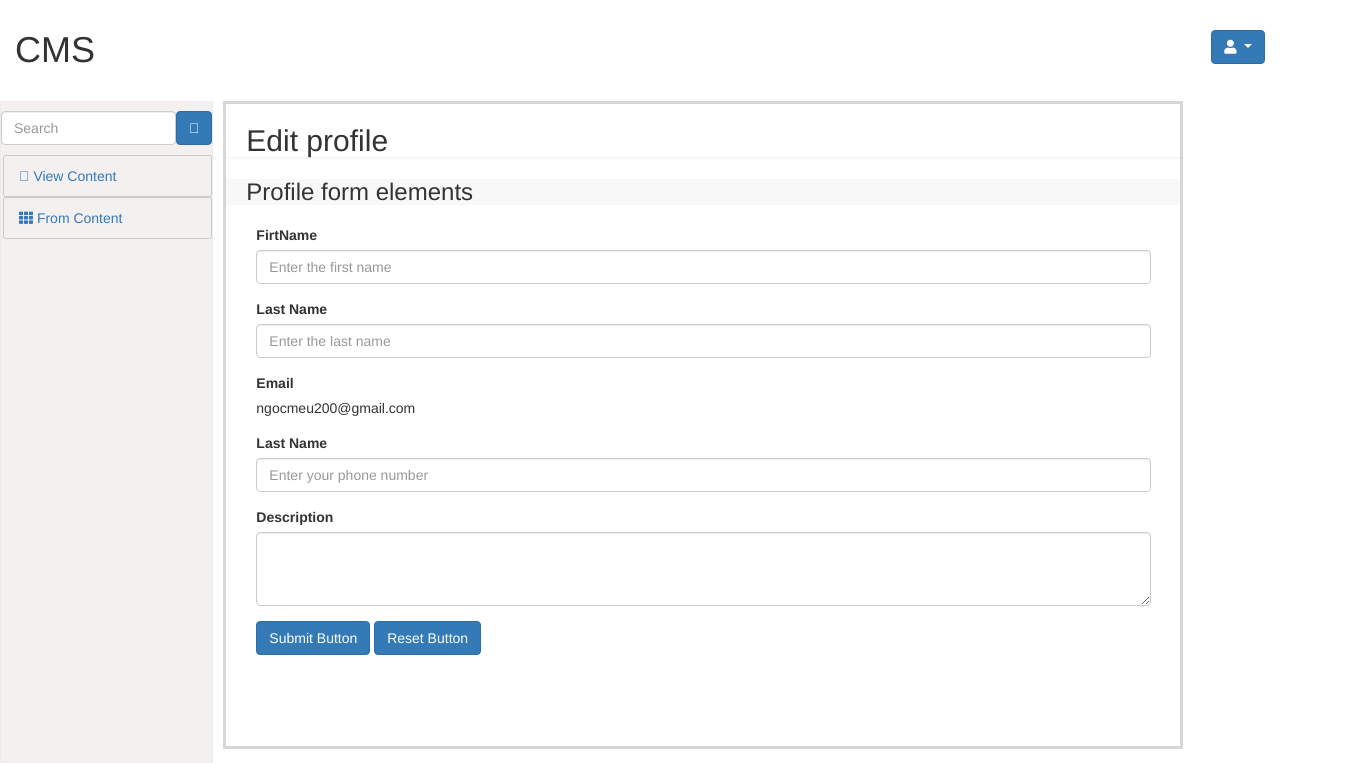
Repository: NgocNB20/travel
Page: NgocNb20_assigment8_9/edit.html
An editor plug-in stored every save of this project. The page is shown before and after the next save, followed by the edit.
The browser window is 1280 px wide. The page is 1366 px wide, so the pictures cover 1366 px, including what lies to the right of the window. The pictures show the whole page.
Some web libraries are served in a nearby version.

Above is the page before, as saved 2021-10-06 14:41:43.

### NgocNb20_assigment8_9/edit.html
<!DOCTYPE html>
<html>

<head>
  <meta name="viewport" content="width=device-width, initial-scale=1.0">
  <link rel="stylesheet" href="https://maxcdn.bootstrapcdn.com/bootstrap/4.0.0/css/bootstrap.min.css"
    integrity="sha384-Gn5384xqQ1aoWXA+058RXPxPg6fy4IWvTNh0E263XmFcJlSAwiGgFAW/dAiS6JXm" crossorigin="anonymous">
  <link rel="canonical" href="https://getbootstrap.com/docs/5.1/examples/sidebars/">
  <link rel="stylesheet" href="https://maxcdn.bootstrapcdn.com/bootstrap/3.4.1/css/bootstrap.min.css">
  <link rel="stylesheet" href="https://pro.fontawesome.com/releases/v5.10.0/css/all.css"
    integrity="sha384-AYmEC3Yw5cVb3ZcuHtOA93w35dYTsvhLPVnYs9eStHfGJvOvKxVfELGroGkvsg+p" crossorigin="anonymous" />
  <link rel="stylesheet" href="./add.css">
  <script src="https://ajax.googleapis.com/ajax/libs/jquery/3.4.1/jquery.min.js"></script>
  <script src="https://maxcdn.bootstrapcdn.com/bootstrap/3.4.1/js/bootstrap.min.js"></script>
</head>

<body>
  <div class="content">
    <div class="container-fluid">
      <div class="row menu-header">
        <div class="col-6">
          <h1 class="page-header ">CMS</h1>
        </div>
        <div class="col-6">
          <div class="btn-group">
            <button class="btn btn-primary dropdown-toggle" type="button" id="dropdownMenuButton"
              data-toggle="dropdown">
              <i class="fas fa-user"></i>
            </button>
            <div class="dropdown-menu">
              <a class="dropdown-item" href="/login.html"><i class="fas fa-sign-out-alt"></i>Logout</a>
              <a class="dropdown-item" href="./edit.html"><i class="fas fa-user"></i>User profile</a>
            </div>
          </div>
        </div>


      </div>

    </div>
    <div class="container-fluid">

      <div class="row">
        <div class="col-3"></div>
      </div>
      <div class="row">

        <div class="col-2 sidebar-left mb-auto flex-column">
          <div class="search">
            <input type="email" class="form-control search-query" placeholder="Search">
            <button type="submit" class="btn btn-primary btn-search"><i class="fad fa-search"></i></button>

          </div>
          <ul class="nav nav-pills flex-column mb-auto">
            <li class="nav-item">
            </li>
            <li>
              <a href="./view.html" class="nav-link link-dark">
                <i class="fal fa-pen-square"></i> View Content
              </a>
            </li>
            <li>
              <a href="./add.html" class="nav-link link-dark">
                <i class="fas fa-th"></i> From Content
              </a>
            </li>

          </ul>

        </div>
        <div class="col-9 sidebar-right">
          <h2 class="title-add">Edit profile</h2>
          <h3 class="title-form">Profile form elements</h3>
          <div class="container ">
            <div class="row form">
              <div class="col-10">
                <form id="form_input">
                  <div class="form-group ">
                    <label for="exampleFormControlInput1" class="form-desc">FirtName</label>
                    <input type="text" class="form-control" id="exampleFormControlInput1"
                      placeholder="Enter the first name">
                      <span class="form-message"></span>
                  </div>
                  <div class="form-group ">
                    <label for="exampleFormControlInput1" class="form-desc">Last Name</label>
                    <input type="text" class="form-control" id="exampleFormControlInput1"
                      placeholder="Enter the last name">
                      <span class="form-message"></span>
                  </div>
                  <div class="form-group ">
                    <label for="exampleFormControlInput1" class="form-desc">Email</label>
                     <br><span class="form-email" >ngocmeu200@gmail.com</span>
                  </div>
                  <div class="form-group ">
                    <label for="exampleFormControlInput1" class="form-desc">Last Name</label>
                    <input type="text" class="form-control" id="exampleFormControlInput1"
                      placeholder="Enter your phone number">
                      <span class="form-message"></span>
                  </div>
                  <div class="form-group">
                    <label for="exampleFormControlTextarea1" class="form-desc">Description</label>
                    <textarea class="form-control" id="exampleFormControlTextarea1" rows="3"></textarea>
                  </div>
                  <div class="form-group">
                    <input class="btn btn-primary btn_submit123" type="submit" value="Submit Button">
                    <input class="btn btn-primary btn_reset123" type="button" value="Reset Button">
                  </div>


                </form>
              </div>

            </div>

          </div>
        </div>
      </div>
    </div>
  </div>

  <script type="text/javascript" src="./edit.js"></script>
</body>

</html>

### NgocNb20_assigment8_9/add.css
.content{
    width: 100%;
    height: 100vh;

}
.page-header h1{
    color:#a69c98;
    text-align: left;
}
.header {

    background-color:#f0eaeab4;
     height: 8vh;
     align-items: center;
    border: 1px solid #f0eaeab4;

}
.sidebar-left{
    background-color:#f0eaeab4;
    border: 1px solid #f0eaeab4;
    height:92vh;
    border-top: 0px;

}
.d-flex.flex-column.flex-shrink-0.p-3.bg-light {
    width: 100%;
}
.col-2.sidebar-left {
    padding: 0;
}
.d-flex.flex-column.flex-shrink-0.bg-light {
    height: 100%;
}


.form {

    margin: 0;

    padding: 0;

}
.title-add{
    padding-left: 2rem;
    margin-top: 2rem;
    margin-bottom: 1rem;
    border-bottom: 2px solid #f8f8f8;

}
h3.title-form {
     padding-left: 2rem;
     background-color:#f8f8f8;
    margin-bottom: 0;
}

.col-9.sidebar-right {
    margin-left: 1rem;
    padding: 0;
    border: 3px solid #3333;
    height: 90vh;
}
.btn-search{
 cursor: pointer;
 margin: 0;
}
.search {

    display: flex;
    justify-content: flex-start;
    margin-top: 1rem;

}
.search-query{
    width: 70%;
}
h3.title-form {
    margin-bottom: 2rem;
}

.form-desc{
    font-weight: bold;
}
.page-header {
    padding-bottom: 0;
    margin:0;
    border-bottom:0 solid #eee;
}
.row.menu-header {
    justify-content: space-between;
    margin-top: 3rem;
    margin-bottom: 3rem;
}
.row.menu-header {
    text-align: right;
}
h1.page-header {
    text-align: left;
}

.dropdown-menu {
    position: absolute;
    top: 100%;
    left: -62px;
    z-index: 1000;
    display: none;
    float: left;
    min-width: 120px;
    padding: 5px 0;
    margin: 2px 0 0;
    font-size: 14px;
    text-align: left;
    list-style: none;
    background-color: #fff;
    background-clip: padding-box;
    border: 1px solid #ccc;
    border: 1px solid rgba(0,0,0,.15);
    border-radius: 4px;
    -webkit-box-shadow: 0 6px 12px rgb(0 0 0 / 18%);
    box-shadow: 0 6px 12px rgb(0 0 0 / 18%);
}
a.nav-link.link-dark {
    border: 1px solid #3333;
}
ul.nav.nav-pills.flex-column.mb-auto {
    margin-top: 1rem;
}
input.form-control.search-query {
    flex: 1 0 60%;
}

### NgocNb20_assigment8_9/edit.js
var formElement = document.querySelector("#form_input");
formElement.onsubmit = (event) => {
  event.preventDefault();
  console.log("aaaa")
}

After the next save:
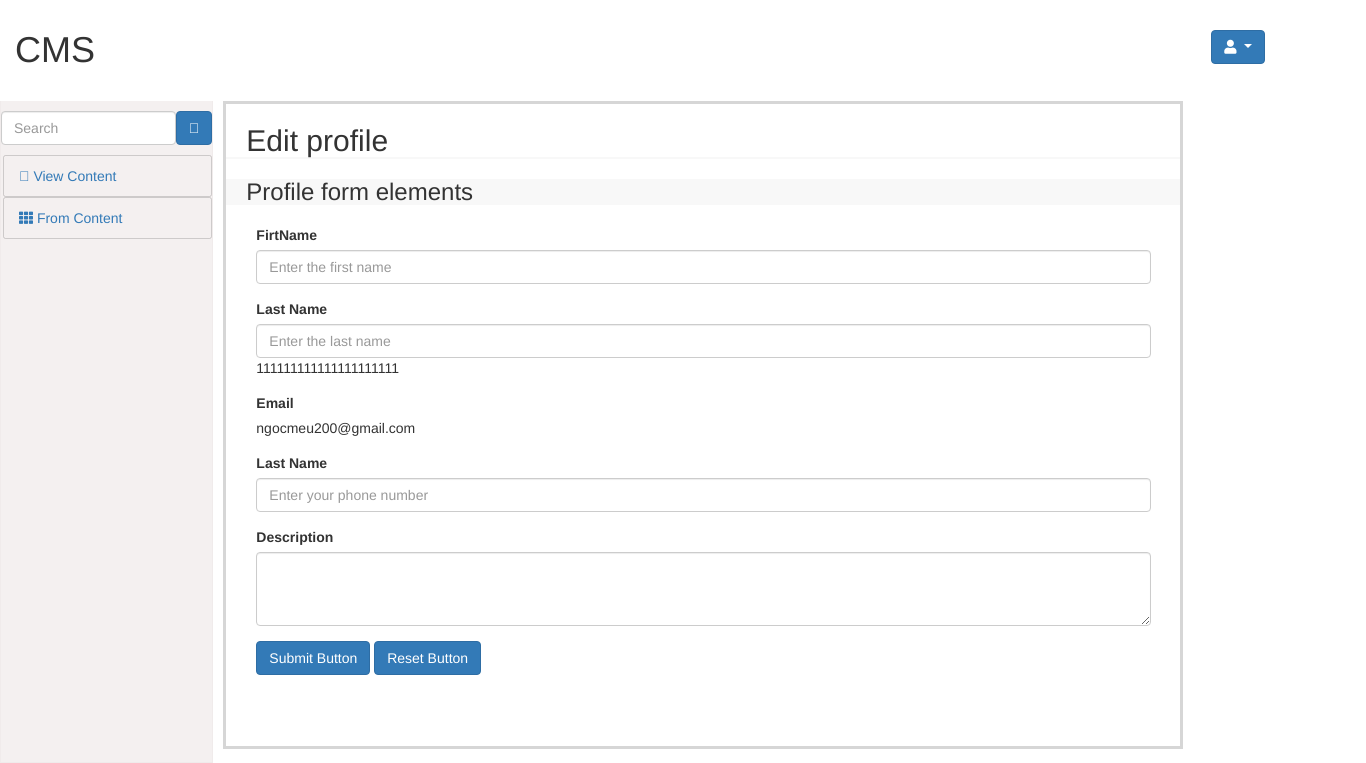
Saved 48 s later.
--- a/NgocNb20_assigment8_9/edit.html
+++ b/NgocNb20_assigment8_9/edit.html
@@ -85,7 +85,7 @@
                     <label for="exampleFormControlInput1" class="form-desc">Last Name</label>
                     <input type="text" class="form-control" id="exampleFormControlInput1"
                       placeholder="Enter the last name">
-                      <span class="form-message"></span>
+                      <span class="form-message">111111111111111111111</span>
                   </div>
                   <div class="form-group ">
                     <label for="exampleFormControlInput1" class="form-desc">Email</label>
